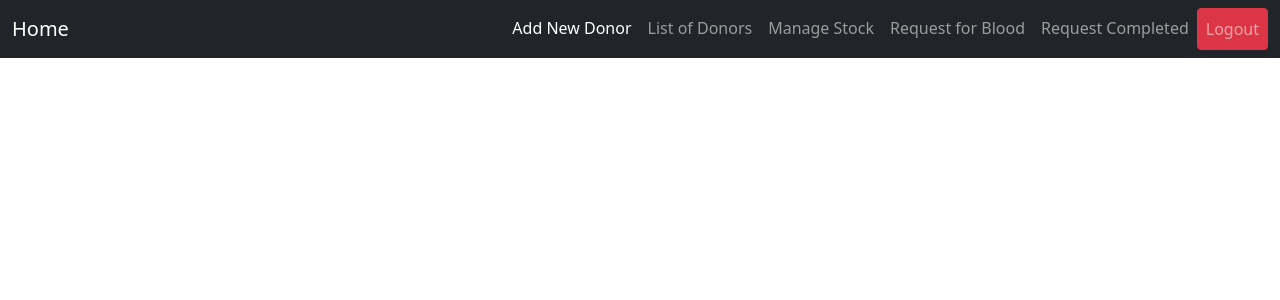
Repository: kshitizJ/Blood-Bank-Management-System-in-jsp
Page: Blood Bank Management System/WebContent/header.html
An editor plug-in stored every save of this project. The page is shown before and after the next save, followed by the edit.
The browser window is 1280 px wide. The pictures show the whole page.

Above is the page before, as saved 2021-04-28 13:01:32.

After the next save:
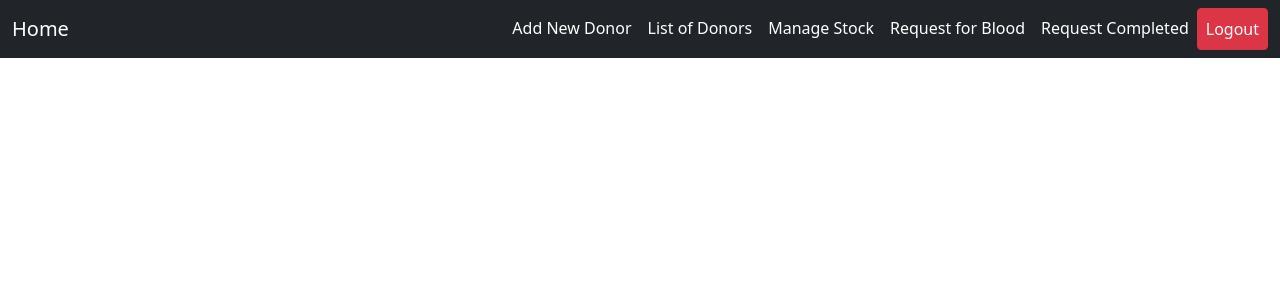
Saved 21 s later.
--- a/Blood Bank Management System/WebContent/header.html
+++ b/Blood Bank Management System/WebContent/header.html
@@ -27,15 +27,15 @@
 				<ul class="navbar-nav ">
 					<li class="nav-item"><a class="nav-link text-white"
 						href="addNewDonor.jsp">Add New Donor</a></li>
-					<li class="nav-item"><a class="nav-link"
+					<li class="nav-item"><a class="nav-link text-white"
 						href="editDeleteList.jsp">List of Donors</a></li>
-					<li class="nav-item"><a class="nav-link"
+					<li class="nav-item"><a class="nav-link text-white"
 						href="manageStock.jsp">Manage Stock</a></li>
-					<li class="nav-item"><a class="nav-link"
+					<li class="nav-item"><a class="nav-link text-white"
 						href="requestForBlood.jsp">Request for Blood</a></li>
-					<li class="nav-item"><a class="nav-link"
+					<li class="nav-item"><a class="nav-link text-white"
 						href="requestCompleted.jsp">Request Completed</a></li>
-					<li class="nav-item"><a class="nav-link btn btn-danger"
+					<li class="nav-item"><a class="nav-link text-white btn btn-danger"
 						href="adminLogin.jsp">Logout</a></li>
 				</ul>
 			</div>
